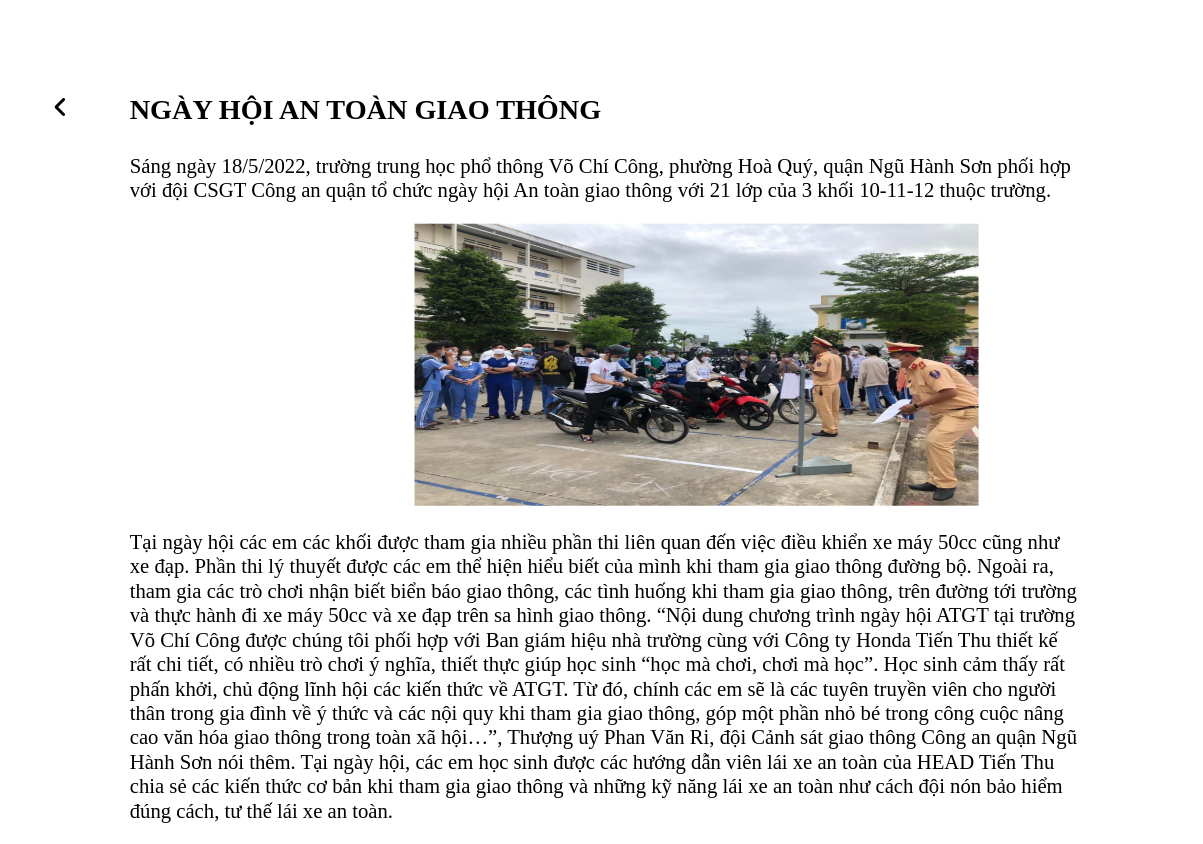
Repository: dphasst17/THPTVCC
Page: new/new_content/new_content4.html
An editor plug-in stored every save of this project. The page is shown before and after the next save, followed by the edit.
The browser window is 1280 px wide. The pictures show the whole page, at 94% of full size.

Above is the page before, as saved 2022-10-13 12:13:27.

### new/new_content/new_content4.html
<!DOCTYPE html>
<html lang="en">
<head>
    <meta charset="UTF-8">
    <meta http-equiv="X-UA-Compatible" content="IE=edge">
    <meta name="viewport" content="width=device-width, initial-scale=1.0">
    <style>
        .content{
            width:80%;
            height:auto;
            margin-top:100px;
            margin-left:130px;
        }
        p{
            font-size:22px;
        }
        h3{
            font-size:30px;
        }
        img{
            width:600px;
            height:300px;
            margin-left:30%;
        }
        .back svg{
            width: 1%;
            margin: 1px 50px;
            position: absolute;
        }
    </style>
</head>
<body>
    <div class="back">
        <a href="../new_content/new_content_home.html">
            <svg xmlns="http://www.w3.org/2000/svg" viewBox="0 0 256 512">
                <path d="M192 448c-8.188 0-16.38-3.125-22.62-9.375l-160-160c-12.5-12.5-12.5-32.75 0-45.25l160-160c12.5-12.5 32.75-12.5 45.25 0s12.5 32.75 0 45.25L77.25 256l137.4 137.4c12.5 12.5 12.5 32.75 0 45.25C208.4 444.9 200.2 448 192 448z"/>
            </svg>
        </a>
    </div>
    <div class="content">
        <h3>NGÀY HỘI AN TOÀN GIAO THÔNG</h3>
        <p>Sáng ngày 18/5/2022, trường trung học phổ thông Võ Chí Công, phường Hoà Quý, quận Ngũ Hành Sơn phối hợp với đội CSGT Công an quận tổ chức ngày hội An toàn giao thông với 21 lớp của 3 khối 10-11-12 thuộc trường.</p>
        <img src="../new_img/4.jpg" alt="">
        <p>
            Tại ngày hội các em các khối được tham gia nhiều phần thi liên quan đến việc điều khiển xe máy 50cc cũng như xe đạp. Phần thi lý thuyết được các em thể hiện hiểu biết của mình khi tham gia giao thông đường bộ. Ngoài ra, tham gia các trò chơi nhận biết biển báo giao thông, các tình huống khi tham gia giao thông, trên đường tới trường và thực hành đi xe máy 50cc và xe đạp trên sa hình giao thông.
            “Nội dung chương trình ngày hội ATGT tại trường Võ Chí Công được chúng tôi phối hợp với Ban giám hiệu nhà trường cùng với Công ty Honda Tiến Thu thiết kế rất chi tiết, có nhiều trò chơi ý nghĩa, thiết thực giúp học sinh “học mà chơi, chơi mà học”. Học sinh cảm thấy rất phấn khởi, chủ động lĩnh hội các kiến thức về ATGT. Từ đó, chính các em sẽ là các tuyên truyền viên cho người thân trong gia đình về ý thức và các nội quy khi tham gia giao thông,
            góp một phần nhỏ bé trong công cuộc nâng cao văn hóa giao thông trong toàn xã hội…”, Thượng uý Phan Văn Ri, đội Cảnh sát giao thông Công an quận Ngũ Hành Sơn nói thêm.
            Tại ngày hội, các em học sinh được các hướng dẫn viên lái xe an toàn của HEAD Tiến Thu chia sẻ các kiến thức cơ bản khi tham gia giao thông và những kỹ năng lái xe an toàn như cách đội nón bảo hiểm đúng cách, tư thế lái xe an toàn.
        </p>
    </div>
</body>
</html>

After the next save:
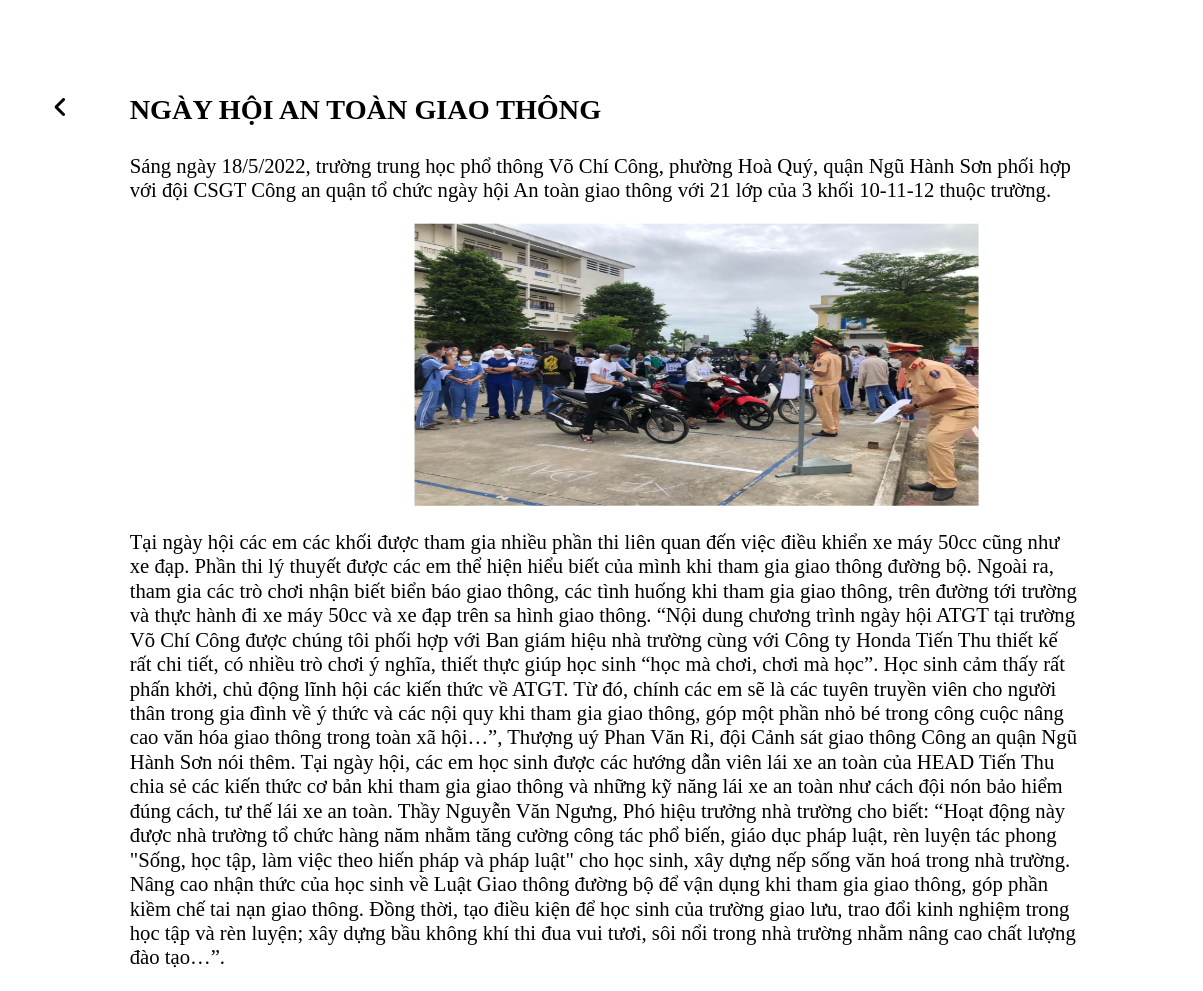
Saved 23 s later.
--- a/new/new_content/new_content4.html
+++ b/new/new_content/new_content4.html
@@ -46,6 +46,7 @@
             “Nội dung chương trình ngày hội ATGT tại trường Võ Chí Công được chúng tôi phối hợp với Ban giám hiệu nhà trường cùng với Công ty Honda Tiến Thu thiết kế rất chi tiết, có nhiều trò chơi ý nghĩa, thiết thực giúp học sinh “học mà chơi, chơi mà học”. Học sinh cảm thấy rất phấn khởi, chủ động lĩnh hội các kiến thức về ATGT. Từ đó, chính các em sẽ là các tuyên truyền viên cho người thân trong gia đình về ý thức và các nội quy khi tham gia giao thông,
             góp một phần nhỏ bé trong công cuộc nâng cao văn hóa giao thông trong toàn xã hội…”, Thượng uý Phan Văn Ri, đội Cảnh sát giao thông Công an quận Ngũ Hành Sơn nói thêm.
             Tại ngày hội, các em học sinh được các hướng dẫn viên lái xe an toàn của HEAD Tiến Thu chia sẻ các kiến thức cơ bản khi tham gia giao thông và những kỹ năng lái xe an toàn như cách đội nón bảo hiểm đúng cách, tư thế lái xe an toàn.
+            Thầy Nguyễn Văn Ngưng, Phó hiệu trưởng nhà trường cho biết: “Hoạt động này được nhà trường tổ chức hàng năm nhằm tăng cường công tác phổ biến, giáo dục pháp luật, rèn luyện tác phong "Sống, học tập, làm việc theo hiến pháp và pháp luật" cho học sinh, xây dựng nếp sống văn hoá trong nhà trường. Nâng cao nhận thức của học sinh về Luật Giao thông đường bộ để vận dụng khi tham gia giao thông, góp phần kiềm chế tai nạn giao thông. Đồng thời, tạo điều kiện để học sinh của trường giao lưu, trao đổi kinh nghiệm trong học tập và rèn luyện; xây dựng bầu không khí thi đua vui tươi, sôi nổi trong nhà trường nhằm nâng cao chất lượng đào tạo…”.
         </p>
     </div>
 </body>
